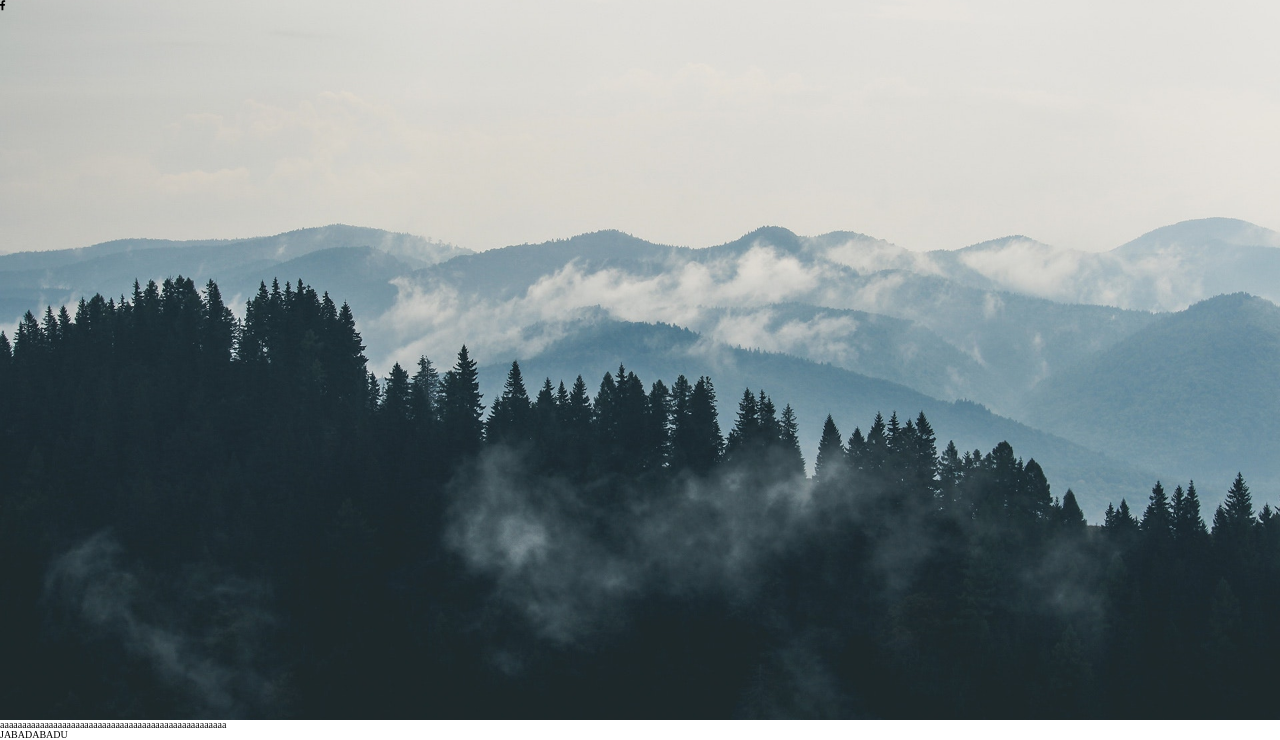
Repository: Maxs777/wizytowka
Page: index.html
The author's editor kept a copy of each file at every save. The page is drawn from the files as they stood at one save, then again after a run of saves.
The browser window is 1280 px wide. The pictures show the whole page.

Above is the page before, as saved 2019-03-06 20:52:55.

### index.html
<!DOCTYPE html>
<html lang="pl">
<head>
    <meta charset="UTF-8">
    <meta name="viewport" content="width=device-width, initial-scale=1.0">
    <meta http-equiv="X-UA-Compatible" content="ie=edge">
    <link rel="stylesheet" href="_css/style.css">
    <title>Strona-wizytówka</title>
    <meta name="description" content="Jest to moja pierwsza strona-wizytówka">
    <meta name="author" content="Maksymilian Suchocki">
    <link rel="stylesheet" href="https://use.fontawesome.com/releases/v5.7.2/css/all.css"
        integrity="sha384-fnmOCqbTlWIlj8LyTjo7mOUStjsKC4pOpQbqyi7RrhN7udi9RwhKkMHpvLbHG9Sr" crossorigin="anonymous">

</head>
<body>
    <div class="container">
        <header>
<i class="fab fa-facebook-f"></i>
        </header>
        <nav>
aaaaaaaaaaaaaaaaaaaaaaaaaaaaaaaaaaaaaaaaaaaaaaaaaaa
        </nav>
        <main>
<h1>JABADABADU</h1>
        </main>
        <footer>

        </footer>
    </div>
</body>
</html>

### _css/style.css
@import url('reset.css');

:root{
    /* -----------------------------fonts */
    font-size: 62.5%;

    /*---------------------------- colors */
    --dark-blue-color: #2C3E50;
    --red-color: #E74C3C;
    --white-color: #ECF0F1;
    --main-blue: #3498DB;
    --second-blue: #2980B9;
    /* ---------------------------------- */
}

*,
*::after,
*::before{
    box-sizing: border-box;
}

.hide{
    position: absolute;
    clip:rect(0px 0px 0px 0px);
    *clip: rect(0 0 0 0);
}

header{
    height: 100vh;
    width: 100vw;
    background: url(../_assets/_img/background.jpg) center center/ cover ;
    overflow: hidden;
}

Loaded but not shown: _css/reset.css (common file)

After the next 2 saves:
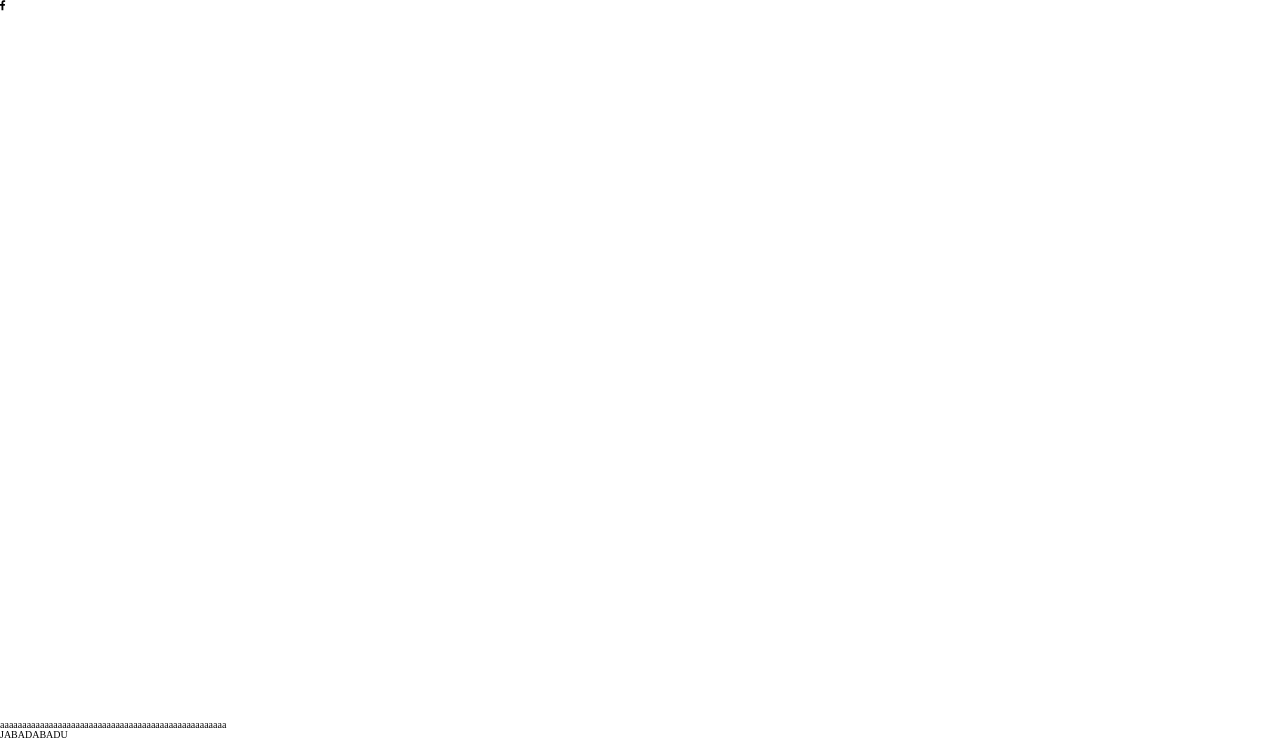
The 2 saves are shown as one change because they came seconds apart.
The last was saved 8 s later.
--- a/_css/style.css
+++ b/_css/style.css
@@ -28,6 +28,6 @@
 header{
     height: 100vh;
     width: 100vw;
-    background: url(../_assets/_img/background.jpg) center center/ cover ;
+    background: url(../_assets/_img/background.jpg) center cover;
     overflow: hidden;
 }

After the 2 saves that followed:
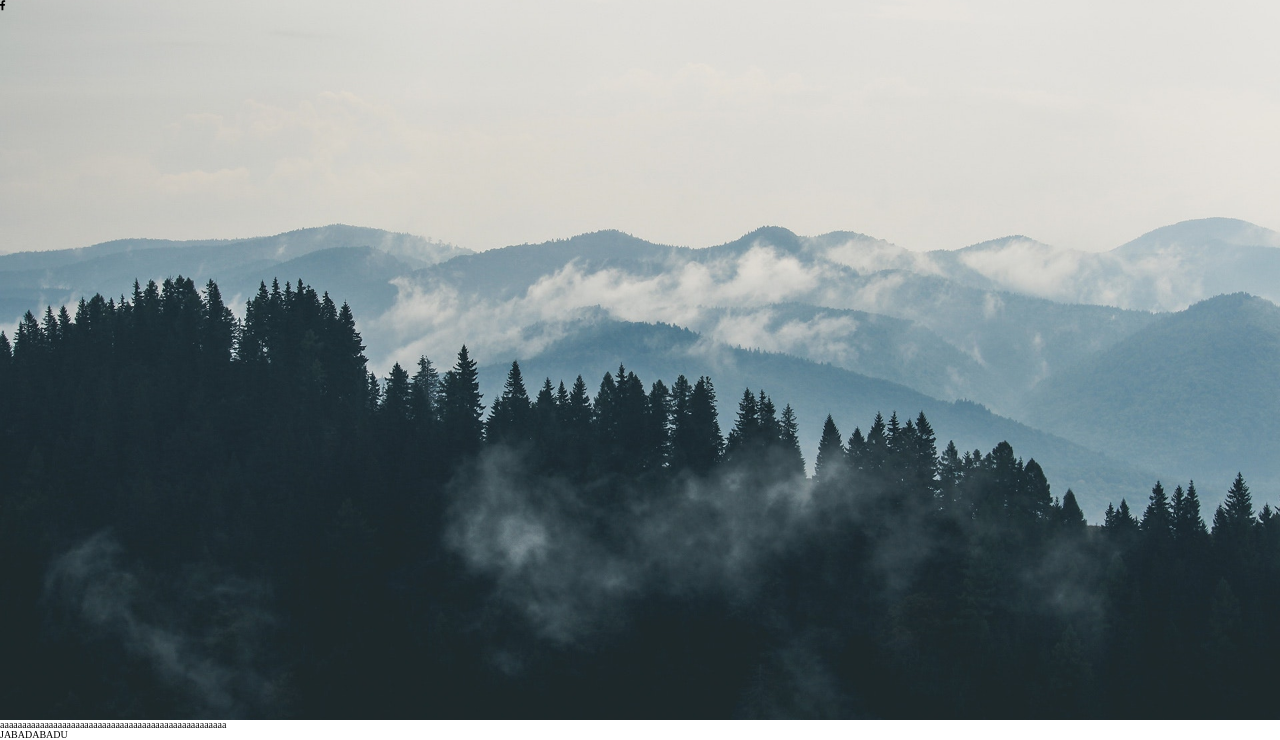
The 2 saves are shown as one change because they came seconds apart.
The last was saved 7 s later.
--- a/_css/style.css
+++ b/_css/style.css
@@ -28,6 +28,6 @@
 header{
     height: 100vh;
     width: 100vw;
-    background: url(../_assets/_img/background.jpg) center cover;
+    background: url(../_assets/_img/background.jpg) center / cover;
     overflow: hidden;
 }
